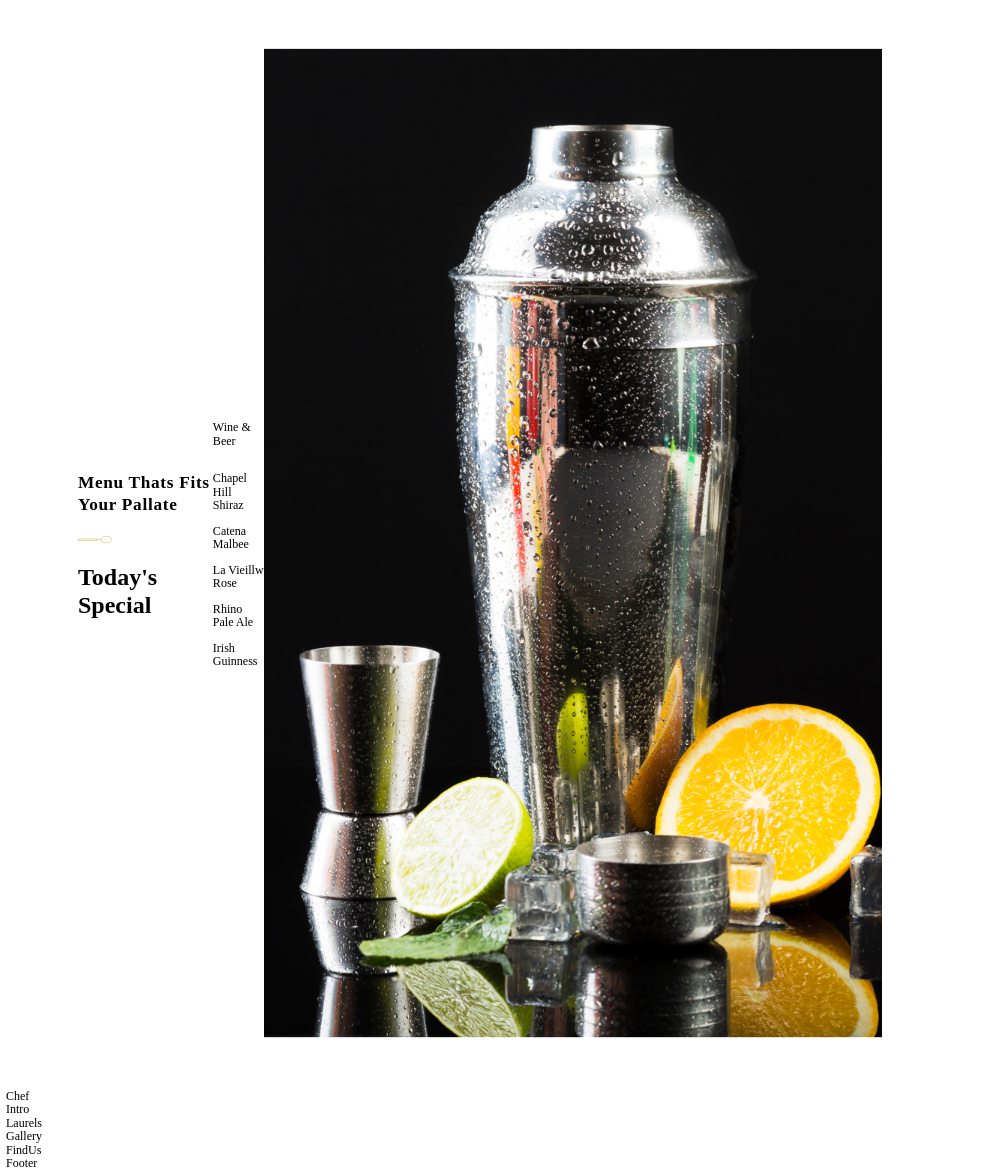
Repository: remydev47/restaurant
Page: /
These files come from the project's save history. The page is drawn as it stood at one moment and after the next save; the edit follows.
The browser window is 1280 px wide. The page is 1336 px wide, so the pictures cover 1336 px, including what lies to the right of the window. The pictures show the part of the page from y = 2388 to 3956 px (the page is 3956 px tall), at 75% of full size.
Backgrounds fixed to the window are drawn as part of the page. The project was rebuilt for these pictures with package versions that can differ from the ones it lists, and the page was loaded fresh each time. Also part of the build but not shown: src/container/Chef/Chef.css, src/components/Footer/Newsletter.jsx, src/components/Footer/FooterOverlay.jsx, src/components/Menuitem/MenuItem.css, src/components/Menuitem/MenuItem.jsx, src/container/Menu/SpecialMenu.css. Imported but missing from the stored project, and not drawn on this page: src/assets/meal.mp4.

Above is the page before, as saved 2022-03-15 15:26:59.

### public/index.html
<!DOCTYPE html>
<html lang="en">
  <head>
    <meta charset="utf-8" />
    <link rel="icon" href="%PUBLIC_URL%/favicon.ico" />
    <meta name="viewport" content="width=device-width, initial-scale=1" />
    <meta name="theme-color" content="#000000" />
    <meta name="description"content="Web site created using create-react-app"/>
    <link rel="apple-touch-icon" href="%PUBLIC_URL%/logo192.png" />
    <link rel="manifest" href="%PUBLIC_URL%/manifest.json" />
    <title>Gerich Resturant</title>
  </head>
  <body>
    <noscript>You need to enable JavaScript to run this app.</noscript>
    <div id="root"></div>
</html>

### src/App.js
import React from 'react';

import { AboutUs, Chef, FindUs, Footer, Gallery, Header, Intro, Laurels, SpecialMenu } from './container';
import { Navbar } from './components';
import './App.css';

const App = () => (
  <div>
    <Navbar />
    <Header />
    <AboutUs />
    <SpecialMenu />
    <Chef />
    <Intro />
    <Laurels />
    <Gallery />
    <FindUs />
    <Footer />
  </div>
);

export default App;

### src/container/AboutUs/AboutUs.jsx
import React from 'react';

import './AboutUs.css';
import { images } from '../../constants';

const AboutUs = () => (
  <div className="app__aboutus app__bg flex__center section__padding" id="aboutus">
    <div className='app__aboutus-overlay flex__center'>
      <img src={images.G} alt="g letter" />
    </div>
    <div className='app__aboutus-content flex__center'>
      <div className='app__aboutus-content_about'>
        <h1 className='headtext__cormorant'>About Us</h1>
        <img src={images.spoon} alt="about_spoon" className="spoon__img" />
        <p className="p__opensans">
          Eager to serve you, our experienced wait staff greet you at the door and lead you to the table of your choice in the well thought out seating arrangement. The rich aroma of freshly ground coffee is the handiwork of our skilled baristas, adept in latte art.
        </p>
        <button type="button" className="custom__button">Know More</button>
      </div>
      <div className="app__aboutus-content_knife flex__center">
        <img src={images.knife} alt="about_knife" />
      </div>
      <div className='app__aboutus-content_history'>
        <h1 className='headtext__cormorant'>Our History</h1>
        <img src={images.spoon} alt="about_spoon" className="spoon__img" />
        <p className="p__opensans">
        Welcome to Giretch, a fully fledged restaurant specializing in delivering a relaxed and memorable dining experience. We’re currently in 12 locations; 4 in Nairobi, 8 in Kampala and 1 in Entebbe
        </p>
        <button type="button" className="custom__button">Know More</button>
      </div>
    </div>
  </div>
);

export default AboutUs;

### src/container/Header/Header.jsx
import React from 'react';
import { SubHeading } from '../../components';

import { images } from "../../constants"
import './Header.css';

const Header = () => (
  <div className="app__header app__wrapper section__padding" id="home">
    <div className="app__wrapper_info">
      <SubHeading title="Chase The New Flavour" />
      <h1 className="app__header-h1">The Key To Fine Dining</h1>
      <p className="p__opensans" style={{margin: '2rem 0'}}>
          Geritch is a perfect haven for both business and leisure travellers. It all begins with our friendly staff, who will do everything they can to make your meal fulfiling and enjoyable. The team at Geritch kitchen looks forward to welcoming you in one of our luxury restaurant where you will experience comfort and convenience in this beautiful city of Nairobi.
      </p>
      <button type="button" className="custom__button">Explore Menu</button>
    </div>
    <div className="app__wrapper_img">
      <img src={images.welcome} alt="header img" />
    </div>
  </div>
);

export default Header;

### src/container/Menu/SpecialMenu.jsx
import React from 'react';

import { SubHeading, MenuItem } from '../../components';
import { images, data } from '../../constants';
import './SpecialMenu.css';

const SpecialMenu = () => (
  <div className="app__specialMenu flex__center section__padding">
    <div className='app__specialMenu-title'>
      <SubHeading title="Menu Thats Fits Your Pallate" />
      <h1 className='heatext__comorant'>Today's Special</h1>
    </div>

    <div className='app__specialMenu-menu'>
      <div className='app__specialMenu-menu_wine flex__center'>
        <p className='app__specialMenu_menu_heading'>Wine & Beer</p>
      </div>
      <div className='app__specialMenu_menu_item'>
        {data.wines.map((wine, index) => (
          <p>{wine.title}</p>
        ))}
      </div>
    </div>

    <div className="app__specialMenu-menu_img">
      <img src={images.menu} alt="menu img"  />
    </div>
  </div>
);

export default SpecialMenu;

### src/components/SubHeading/SubHeading.jsx
import React from 'react';
import { images } from '../../constants';


const SubHeading = ({ title }) => (
  <div style={{ marginBottom: "1rem"}}>
    <p className='p__cormorant'>{title}</p>
    <img src={images.spoon} alt="spoon" className="spoon__img" />
  </div>
);

export default SubHeading;

### src/components/Navbar/Navbar.jsx
import React, {useState} from 'react';
import { GiHamburgerMenu } from 'react-icons/gi';
import { MdOutlineRestaurantMenu } from 'react-icons/md';

import images from '../../constants/images';
import './Navbar.css';

const Navbar = () => {
  const [toggleMenu, setToggleMenu] = useState(false)
  return(
  <nav className="app__navbar">
    <div className="app__navbar-logo">
     <img src={images.gericht} alt="app logo"/>
    </div>
    <ul className="app__navbar-links">
      <li className="p__opensans"><a href="#home">Home</a></li>
      <li className="p__opensans"><a href="#about">About</a></li>
      <li className="p__opensans"><a href="#menu">Menu</a></li>
      <li className="p__opensans"><a href="#awards">Awards</a></li>
      <li className="p__opensans"><a href="#contact">Contact</a></li>
    </ul>
    <div className="app__navbar-login">
      <a href="#login" className="p__opensans">Log in/ Register</a>
    <div/>
      <a href="/" className="p__opensans">Book Table</a>
    </div>
    <div className="app__navbar-smallscreen">
      <GiHamburgerMenu color="#fff" fontsize={27} onClick={() => setToggleMenu(true)} />

      {toggleMenu && (


      <div className="app__navbar-smallscreen_overlay flex__center slide-bottom">
        <MdOutlineRestaurantMenu fontSize={27} className="overlay__close" onClick={() => setToggleMenu(false)} />
        <ul className="app__navbar-smallscreen_links">
          <li className="p__opensans"><a href="#home">Home</a></li>
          <li className="p__opensans"><a href="#about">About</a></li>
          <li className="p__opensans"><a href="#menu">Menu</a></li>
          <li className="p__opensans"><a href="#awards">Awards</a></li>
          <li className="p__opensans"><a href="#contact">Contact</a></li>
       </ul>
      </div>
       )}
    </div>
  </nav>
  );
};

export default Navbar;

### src/container/AboutUs/AboutUs.css
.app__aboutus {
    position: relative;
}

.app__aboutus-overlay {
    position: absolute;
    inset: 0;
}

.app__aboutus-overlay img {
    width: 391px;
    height: 415px;
    z-index: 0;
}

.app__aboutus-content {
    width: 100%;
    z-index: 2;
}

.app__aboutus-content_about {
    flex: 1;
    display: flex;
    justify-content: flex-end;
    align-items: flex-end;
    flex-direction: column;

    text-align: right;
}

.app__aboutus-content_knife {
    margin: 2rem 4rem;
}

.app__aboutus-content_knife img{
    height: 910px;
}

.app__aboutus-content_history {
    flex: 1;
    display: flex;
    justify-content: flex-start;
    align-items: flex-start;
    flex-direction: column;

    text-align: left;
}

.app__aboutus-content_history p,
.app__aboutus-content_about p {
    margin: 2rem 0;
    color: var(--color-grey);
}

@media screen and (max-width: 2000px) {
    .app__aboutus-content_knife img{
        height: 1110px;
    }
}

.app__aboutus-content_history p,
.app__aboutus-content_about p {
    margin: 4rem 0;
    color: var(--color-grey);
}

@media screen and (max-width: 900px) {
    .app__aboutus-content {
        flex-direction: column;
    }

    .app__aboutus-content_knife {
        margin: 4rem 0;
    }
}

@media screen and (max-width: 650px) {
    .app__aboutus-overlay img {
        width: 80%;
        height: 320px;
    }
}

### src/container/Header/Header.css
.app__header {
    background-color: var(--color-black);
}

.app__header-h1 {
    font-family: var(--font-base);
    color: var(--color-golden);
    letter-spacing: 0.04rem;
    text-transform: uppercase;
    line-height: 117px;
    font-size: 90px;
}

.app__header-img {
    width: 100%;
}

### src/constants/images.js
import bg from '../assets/bg.png';
import chef from '../assets/chef.png';
import G from '../assets/G.png';
import gallery01 from '../assets/gallery01.png';
import gallery02 from '../assets/gallery02.png';
import gallery03 from '../assets/gallery03.png';
import gallery04 from '../assets/gallery04.png';
import knife from '../assets/knife.png';
import logo from '../assets/logo.png';
import menu from '../assets/menu.png';
import overlaybg from '../assets/overlaybg.png';
import spoon from '../assets/spoon.svg';
import welcome from '../assets/welcome.png';
import findus from '../assets/findus.png';
import laurels from '../assets/laurels.png';
import award01 from '../assets/award01.png';
import award02 from '../assets/award02.png';
import award03 from '../assets/award03.png';
import award05 from '../assets/award05.png';
import sign from '../assets/sign.png';
import quote from '../assets/quote.png';
import gericht from '../assets/gericht.png';

export default {
  bg,
  chef,
  G,
  gallery01,
  gallery02,
  gallery03,
  gallery04,
  knife,
  logo,
  menu,
  overlaybg,
  spoon,
  welcome,
  findus,
  laurels,
  award01,
  award02,
  award03,
  award05,
  sign,
  quote,
  gericht,
};

### src/components/Navbar/Navbar.css
.app__navbar {
   width: 100%;
   display: flex;
   justify-content: space-between;
   align-items: center;
   background: var(--color-black);
   padding: 1rem 2rem;
}

.app__navbar-logo{
    display: flex;
    justify-content: flex-start;
    align-items: center;
}

.app__navbar-logo img{
    width: 150px;
}

.app__navbar-links {
    flex: 1;
    display: flex;
    justify-content: center;
    align-items: center;

    list-style: none;
}

.app__navbar-links li{
    margin: 0 1rem;
    cursor: pointer;
}

.app__navbar-links li:hover {
   color: var(--color-grey);
}

.app__navbar-login {
    display: flex;
    justify-content: flex-end;
    align-items: center;
}
.app__navbar-login a {
    margin: o 1rem;
    text-decoration: none;
    transition: 0.5s  ease;
}

.app__navbar-login a:hover{
    border-bottom: 1px solid var(--color-golden);
}

.app__navbar-login div{
    width: 1px;
    height: 30px;
    background-color: var(--color-grey);
}

.app__navbar-smallscreen{
    display: none;
}

.app__navbar-smallscreen_overlay {
    position: fixed;
    top: 0;
    left: 0;
    width: 100%;
    height: 100vh;
    background-color: var(--color-black);
    transition: 0.5s ease;

    flex-direction: column;
    z-index: 5;
}

.app__navbar-smallscreen_overlay .overlay__close{
    font-size: 27px;
    color: var(--color-golden);
    cursor: pointer;

    position: absolute;
    top: 20px;
    right: 20px;
}

.app__navbar-smallscreen_links{
    list-style: none;
}

.app__navbar-smallscreen_links li {
   margin: 2rem;
   cursor: pointer;
   color: var(--color-golden);
   font-size: 2rem;
   text-align: center;
   font-family: var(--font-base);
}

.app__navbar-smallscreen_links li:hover {
    color: var(--color-white);
}

@media screen and (max-width: 2000px) {
    .app__navbar-logo img{
        width: 210px;
    }
}

@media screen and (max-width: 1150px) {
    .app__navbar-links {
        display: none;
    }

    .app__navbar-smallscreen {
        display: flex;
    }
}

@media screen and (max-width: 650px) {
    .app__navbar {
        padding: 1rem;
    }
    .app__navbar-login {
        display: none;
    }

    .app__navbar-logo img{
        width: 110px;
    }
}

### src/constants/data.js
import images from './images';

const wines = [
  {
    title: 'Chapel Hill Shiraz',
    price: '$56',
    tags: 'AU | Bottle',
  },
  {
    title: 'Catena Malbee',
    price: '$59',
    tags: 'AU | Bottle',
  },
  {
    title: 'La Vieillw Rose',
    price: '$44',
    tags: 'FR | 750 ml',
  },
  {
    title: 'Rhino Pale Ale',
    price: '$31',
    tags: 'CA | 750 ml',
  },
  {
    title: 'Irish Guinness',
    price: '$26',
    tags: 'IE | 750 ml',
  },
];

const cocktails = [
  {
    title: 'Aperol Sprtiz',
    price: '$20',
    tags: 'Aperol | Villa Marchesi prosecco | soda | 30 ml',
  },
  {
    title: "Dark 'N' Stormy",
    price: '$16',
    tags: 'Dark rum | Ginger beer | Slice of lime',
  },
  {
    title: 'Daiquiri',
    price: '$10',
    tags: 'Rum | Citrus juice | Sugar',
  },
  {
    title: 'Old Fashioned',
    price: '$31',
    tags: 'Bourbon | Brown sugar | Angostura Bitters',
  },
  {
    title: 'Negroni',
    price: '$26',
    tags: 'Gin | Sweet Vermouth | Campari | Orange garnish',
  },
];

const awards = [
  {
    imgUrl: images.award02,
    title: 'Bib Gourmond',
    subtitle: 'Lorem ipsum dolor sit amet, consectetur.',
  },
  {
    imgUrl: images.award01,
    title: 'Rising Star',
    subtitle: 'Lorem ipsum dolor sit amet, consectetur.',
  },
  {
    imgUrl: images.award05,
    title: 'AA Hospitality',
    subtitle: 'Lorem ipsum dolor sit amet, consectetur.',
  },
  {
    imgUrl: images.award03,
    title: 'Outstanding Chef',
    subtitle: 'Lorem ipsum dolor sit amet, consectetur.',
  },
];

export default { wines, cocktails, awards };

Loaded but not shown: src/index.js (common file); src/container/index.js (common file); src/components/index.js (common file); src/App.css (common file); src/container/Chef/Chef.jsx (common file); src/container/Findus/FindUs.jsx (common file); src/container/Footer/Footer.jsx (common file); src/container/Gallery/Gallery.jsx (common file); src/container/Intro/Intro.jsx (common file); src/container/Laurels/Laurels.jsx (common file); src/constants/index.js (common file); src/components/Footer/FooterOverlay.css (no stored copy; drawn as an empty file); src/components/Footer/Newsletter.css (no stored copy; drawn as an empty file); src/container/Footer/Footer.css (no stored copy; drawn as an empty file); src/container/Gallery/Gallery.css (no stored copy; drawn as an empty file); src/container/Intro/Intro.css (no stored copy; drawn as an empty file); src/container/Laurels/Laurels.css (no stored copy; drawn as an empty file)

After the next save:
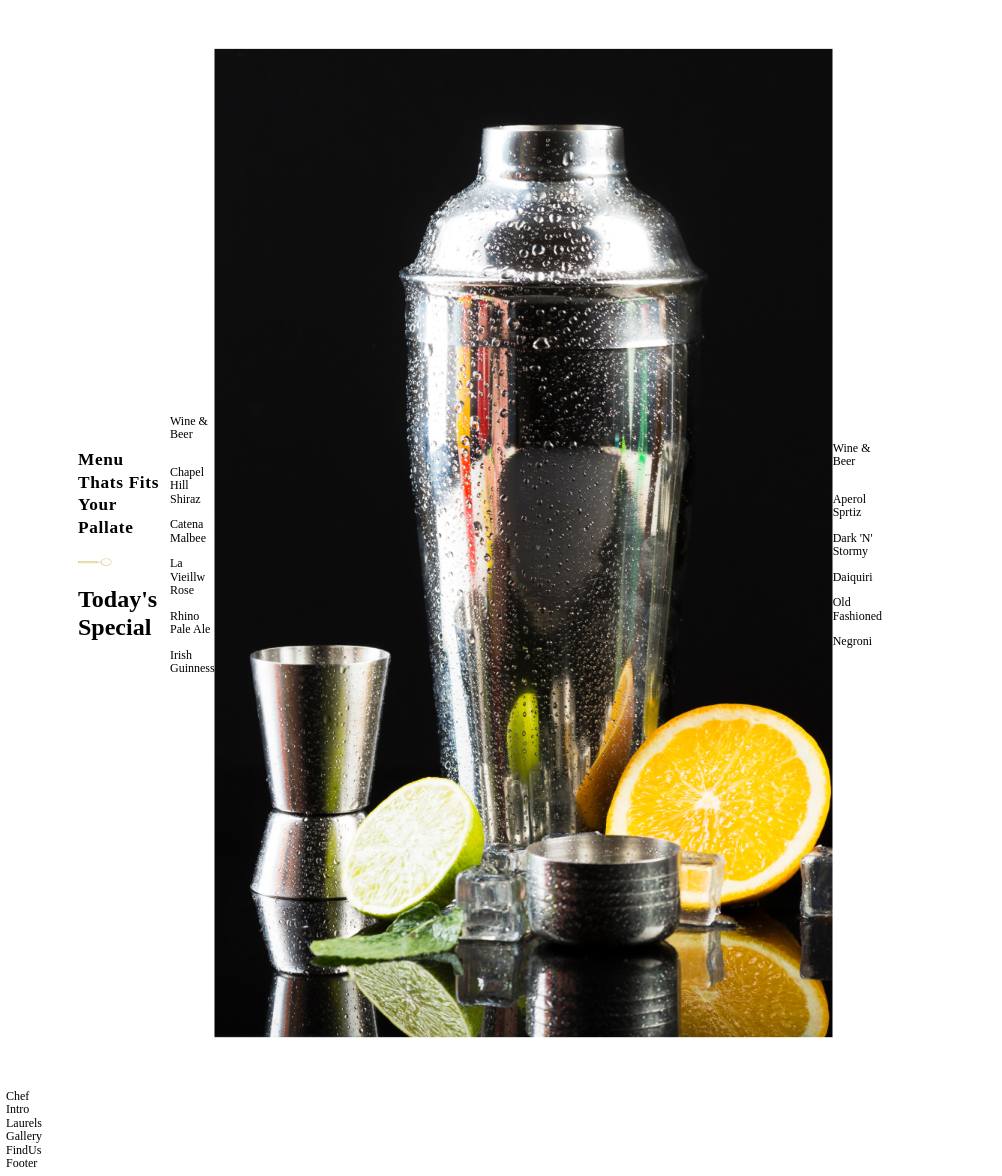
Saved 2 min 52 s later.
--- a/src/container/Menu/SpecialMenu.jsx
+++ b/src/container/Menu/SpecialMenu.jsx
@@ -15,7 +15,7 @@ const SpecialMenu = () => (
       <div className='app__specialMenu-menu_wine flex__center'>
         <p className='app__specialMenu_menu_heading'>Wine & Beer</p>
       </div>
-      <div className='app__specialMenu_menu_item'>
+      <div className='app__specialMenu_menu_items'>
         {data.wines.map((wine, index) => (
           <p>{wine.title}</p>
         ))}
@@ -25,6 +25,17 @@ const SpecialMenu = () => (
     <div className="app__specialMenu-menu_img">
       <img src={images.menu} alt="menu img"  />
     </div>
+
+    <div className='app__specialMenu-menu'>
+      <div className='app__specialMenu-menu_cocktails flex__center'>
+        <p className='app__specialMenu_menu_heading'>Wine & Beer</p>
+      </div>
+      <div className='app__specialMenu_menu_items'>
+        {data.cocktails.map((cocktail, index) => (
+          <p>{cocktail.title}</p>
+        ))}
+      </div>
+    </div>
   </div>
 );
 
